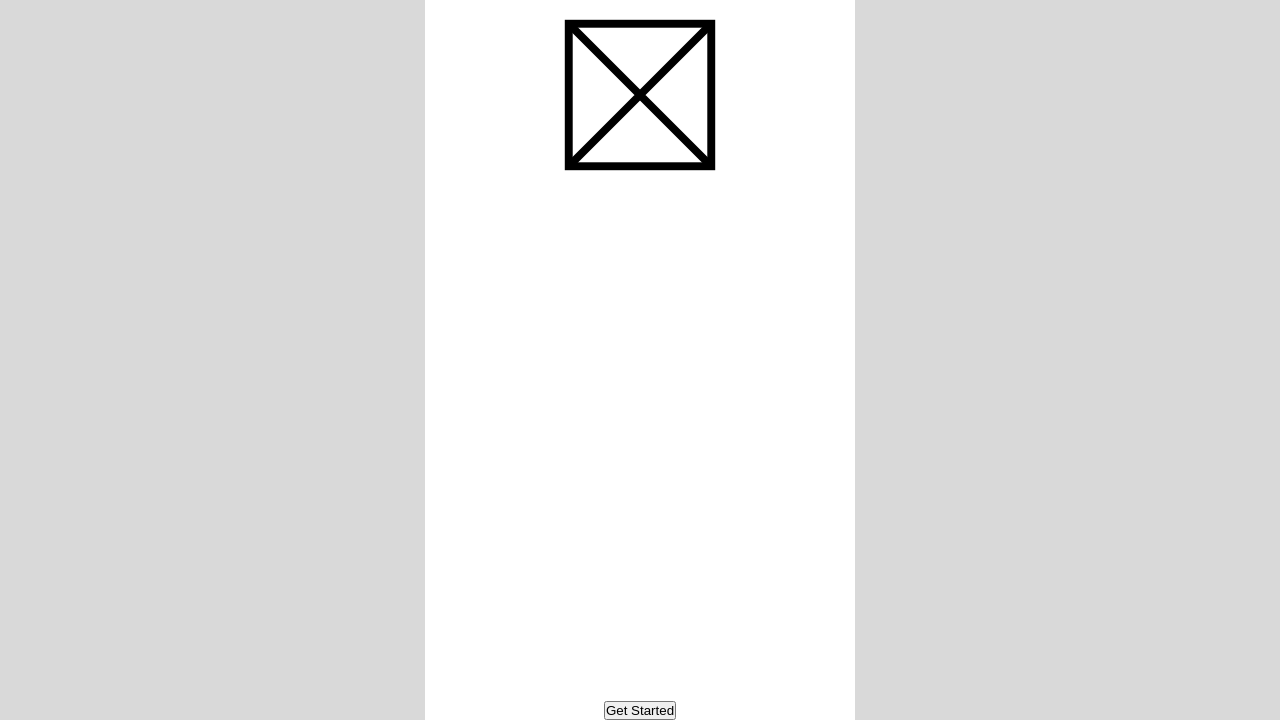
Repository: Michelle2317/CalmQuest
Page: /Onboarding
These files come from the project's save history. The page is drawn as it stood at one moment and after a run of saves; the edit follows.
The browser window is 1280 px wide. The pictures show the whole page.
The project was rebuilt for these pictures with package versions that can differ from the ones it lists, and the page was loaded fresh each time. The framework's server and built-in components were replaced by stand-ins that run in the browser. Also part of the build but not shown: next.config.mjs, components/Navbar/Navbar.module.css, components/Navbar/index.js, components/Tabbar/Tabbar.module.css, components/Tabbar/index.js.

Above is the page before, as saved 2024-03-28 13:40:55.

After the next 3 saves:
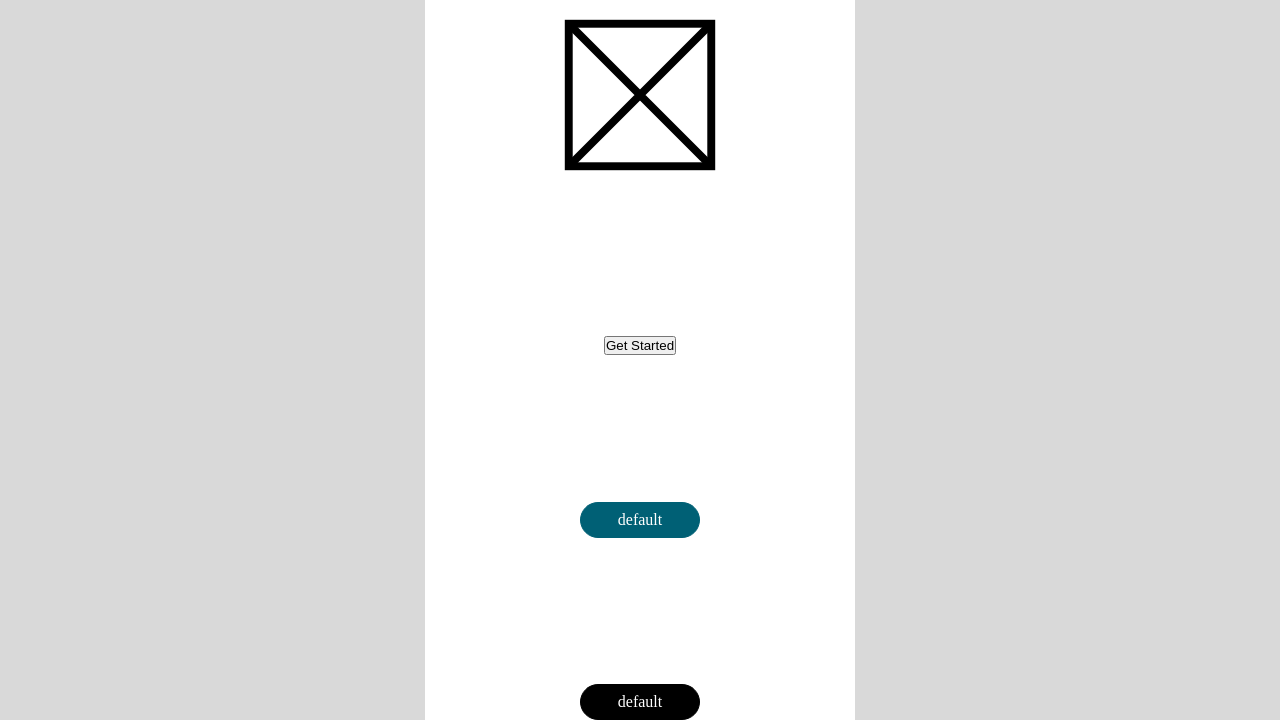
The 3 saves are shown as one change because they came seconds apart.
The last was saved 3 days later.
--- a/pages/Onboarding.js
+++ b/pages/Onboarding.js
@@ -80,6 +80,8 @@
             <button className={styles.getStartedButton}>Let's Go!</button>
           </Link>
           )}
+          <ButtonPrimary />
+          <ButtonSecondary />
         </div>
       </main>
     </>
